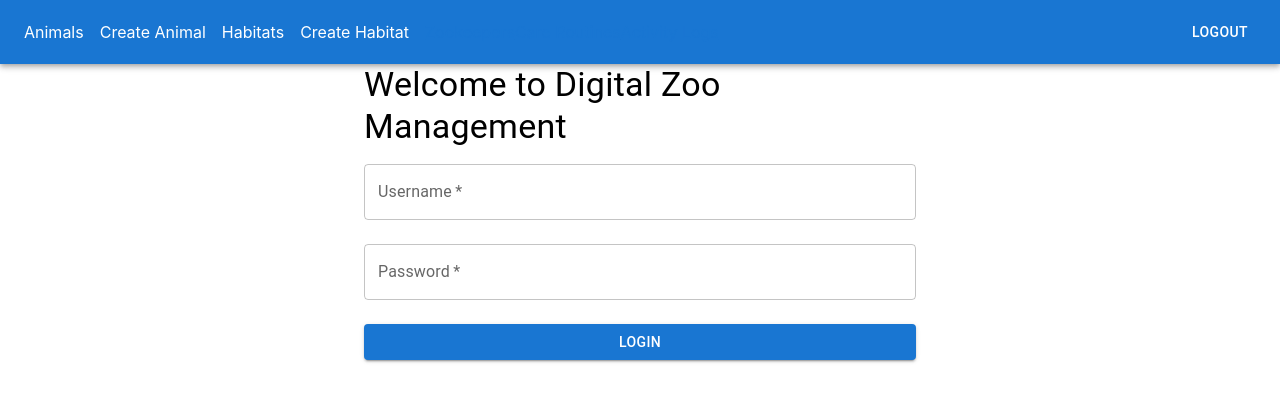
Repository: maomao7788/Digital-Zoo-Management1
Page: / (app in frontend/)
The author's editor kept a copy of each file at every save. The page is drawn from the files as they stood at one save, then again after the next save.
The browser window is 1280 px wide. The pictures show the whole page.
The project was rebuilt for these pictures with package versions that can differ from the ones it lists, and the page was loaded fresh each time. Also part of the build but not shown: frontend/src/pages/AnimalList.tsx, frontend/src/services/api.ts, frontend/src/pages/CreateAnimal.tsx, frontend/src/pages/EditAnimal.tsx, frontend/src/pages/HabitatList.tsx, frontend/src/pages/CreateHabitat.tsx, frontend/src/pages/EditHabitat.tsx, frontend/src/pages/ZookeeperPage.tsx and 2 more.

Above is the page before, as saved 2025-03-04 19:03:37.

After the next save:
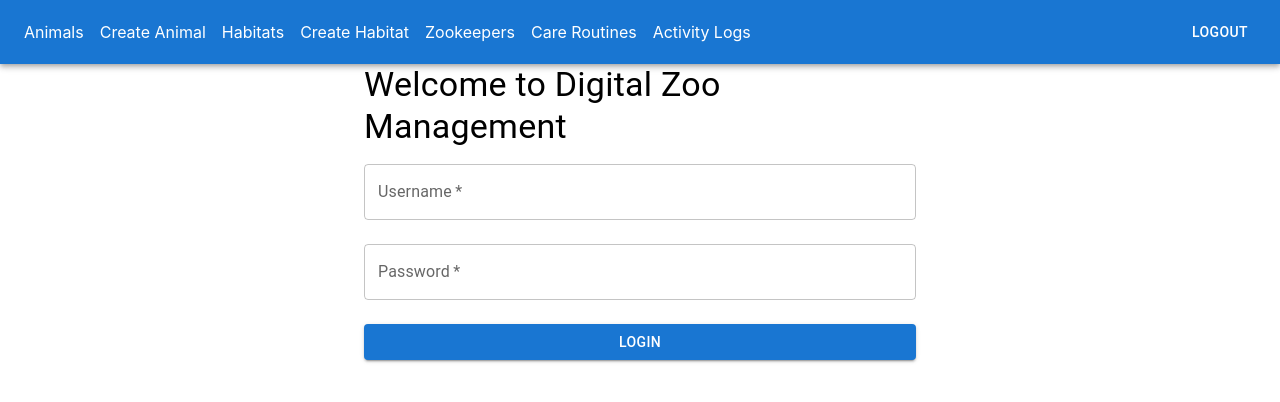
Saved 6 min 42 s later.
--- a/frontend/src/App.tsx
+++ b/frontend/src/App.tsx
@@ -12,6 +12,7 @@ import EditHabitat from './pages/EditHabitat';
 import ZookeeperPage from './pages/ZookeeperPage';
 import CareRoutinePage from './pages/CareRoutinePage';
 import ActivityLogPage from './pages/ActivityLogPage';
+import { Link as RouterLink } from 'react-router-dom';
 
 function App() {
   const handleLogout = () => {
@@ -27,9 +28,15 @@ function App() {
           <Link href="/create" color="inherit" underline="none" sx={{ mr: 2 }}>Create Animal</Link>
           <Link href="/habitats" color="inherit" underline="none" sx={{ mr: 2 }}>Habitats</Link>
           <Link href="/create-habitat" color="inherit" underline="none" sx={{ mr: 2 }}>Create Habitat</Link>
-          <Link href="/zookeepers">Zookeepers</Link>
-          <Link href="/care_routines">Care Routines</Link>
-          <Link href="/activity_logs">Activity Logs</Link>
+          <Link component={RouterLink} to="/zookeepers" color="inherit" underline="none" sx={{ mr: 2 }}>
+  Zookeepers
+</Link>
+<Link component={RouterLink} to="/care_routines" color="inherit" underline="none" sx={{ mr: 2 }}>
+  Care Routines
+</Link>
+<Link component={RouterLink} to="/activity_logs" color="inherit" underline="none" sx={{ mr: 2 }}>
+  Activity Logs
+</Link>
 
           <Box sx={{ flexGrow: 1 }}></Box>
           <Button color="inherit" onClick={handleLogout}>Logout</Button>
